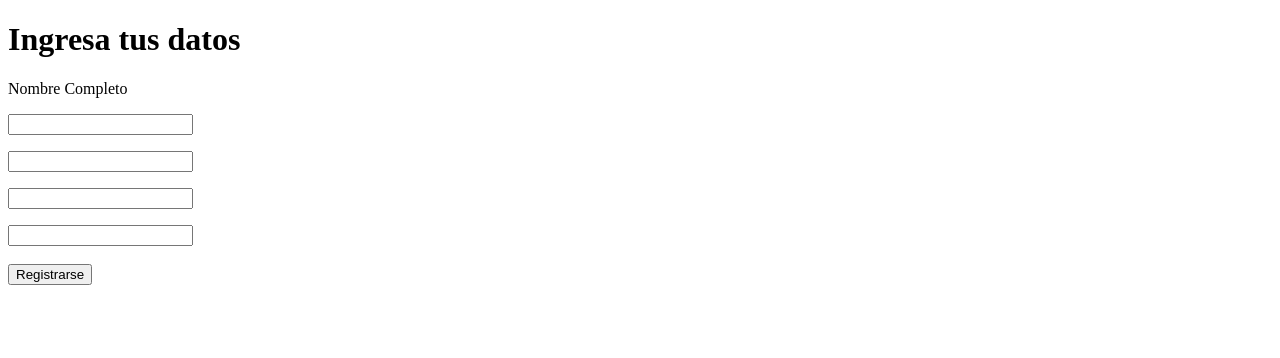
Repository: NighelG/Proyecto-de-verificacion-de-asistencia
Page: ProyectoAsistencia/public/pages/registro.html
The author's editor kept a copy of each file at every save. The page is drawn from the files as they stood at one save, then again after a run of saves.
The browser window is 1280 px wide. The pictures show the whole page.

Above is the page before, as saved 2025-08-26 15:40:17.

### ProyectoAsistencia/public/pages/registro.html
<!DOCTYPE html>
<html lang="en">
<head>
    <meta charset="UTF-8">
    <meta name="viewport" content="width=device-width, initial-scale=1.0">
    <title>registro</title>
</head>
<body>
    <h1>Ingresa tus datos</h1>
        <div>
            <p>Nombre Completo</p>
            <label for=""></label>
            <input type="text">
            <br>
            <p></p>
            <label for=""></label>
            <input type="text">
            <br>
            <p></p>
            <label for=""></label>
            <input type="text">
            <br>
            <p></p>
            <label for=""></label>
            <input type="text">
            <br><br>
            <button>Registrarse</button>
        </div>
</body>
</html>

After the next 4 saves:
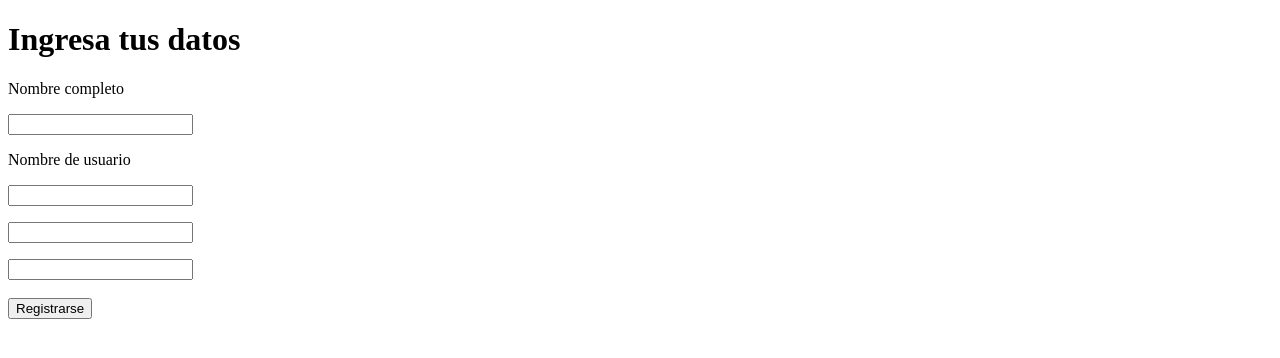
The 4 saves are shown as one change because they came seconds apart.
The last was saved 19 s later.
--- a/ProyectoAsistencia/public/pages/registro.html
+++ b/ProyectoAsistencia/public/pages/registro.html
@@ -8,11 +8,11 @@
 <body>
     <h1>Ingresa tus datos</h1>
         <div>
-            <p>Nombre Completo</p>
+            <p>Nombre completo</p>
             <label for=""></label>
             <input type="text">
             <br>
-            <p></p>
+            <p>Nombre de usuario</p>
             <label for=""></label>
             <input type="text">
             <br>
